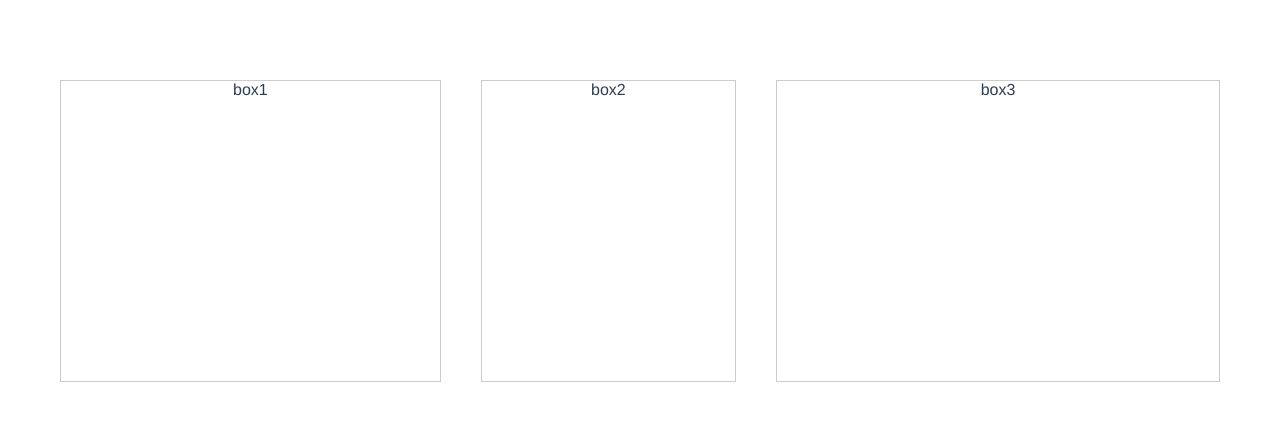
Repository: lykia123/myExample
Page: /#/flex
The author's editor kept a copy of each file at every save. The page is drawn from the files as they stood at one save, then again after the next save.
The browser window is 1280 px wide. The pictures show the whole page.
The project was rebuilt for these pictures with package versions that can differ from the ones it lists, and the page was loaded fresh each time. Also part of the build but not shown: src/components/HelloWorld.vue.

Above is the page before, as saved 2019-07-15 16:12:06.

### src/router/index.js
import Vue from 'vue'
import Router from 'vue-router'
import HelloWorld from '@/components/HelloWorld'
import flex from '@/components/flex'

Vue.use(Router)

export default new Router({
  routes: [
    {
      path: '/',
      name: 'HelloWorld',
      component: HelloWorld
    },
    {
      path: '/flex',
      name: 'flex',
      component: flex
    }
  ]
})

### src/components/flex.vue
<template>
    <div class="flex-containter">
        <div class="flex-item item-one">box1</div>
        <div class="flex-item">box2</div>
        <div class="flex-item item-three">box3</div>
    </div>
</template>
<script>
export default {
  name: 'flex'
}
</script>
<style lang="stylus" scoped>
.flex-containter {
    display: flex
    flex-direction row
    justify-content center
}
.flex-item {
    height 300px
    width 20%
    border 1px solid #ccc
    margin 20px
}
.item-one {
    width 30%
}
.item-three {
    width 35%
}
</style>

Loaded but not shown: index.html (common file); src/main.js (common file); src/App.vue (common file)

After the next save:
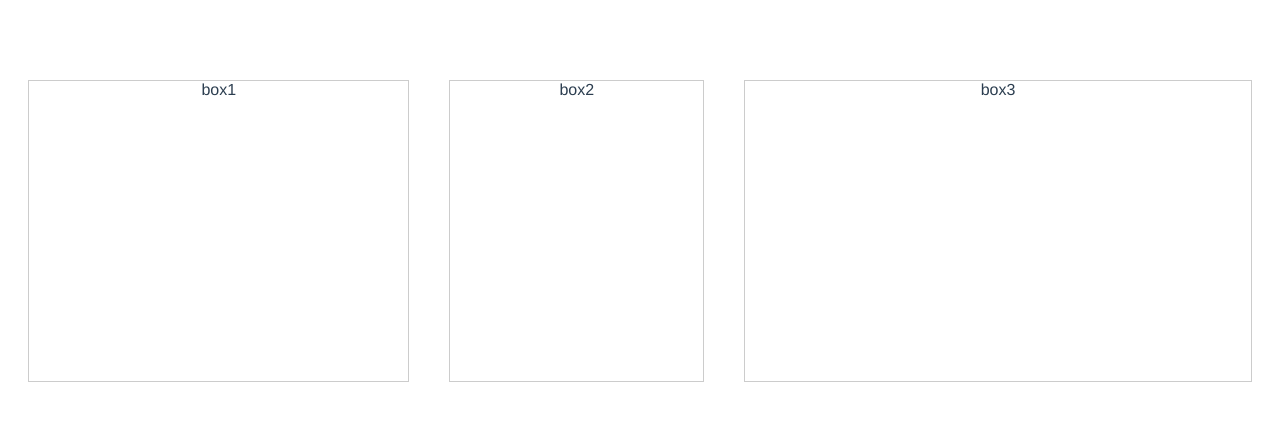
Saved 8 s later.
--- a/src/components/flex.vue
+++ b/src/components/flex.vue
@@ -26,6 +26,6 @@
     width 30%
 }
 .item-three {
-    width 35%
+    width 40%
 }
 </style>
